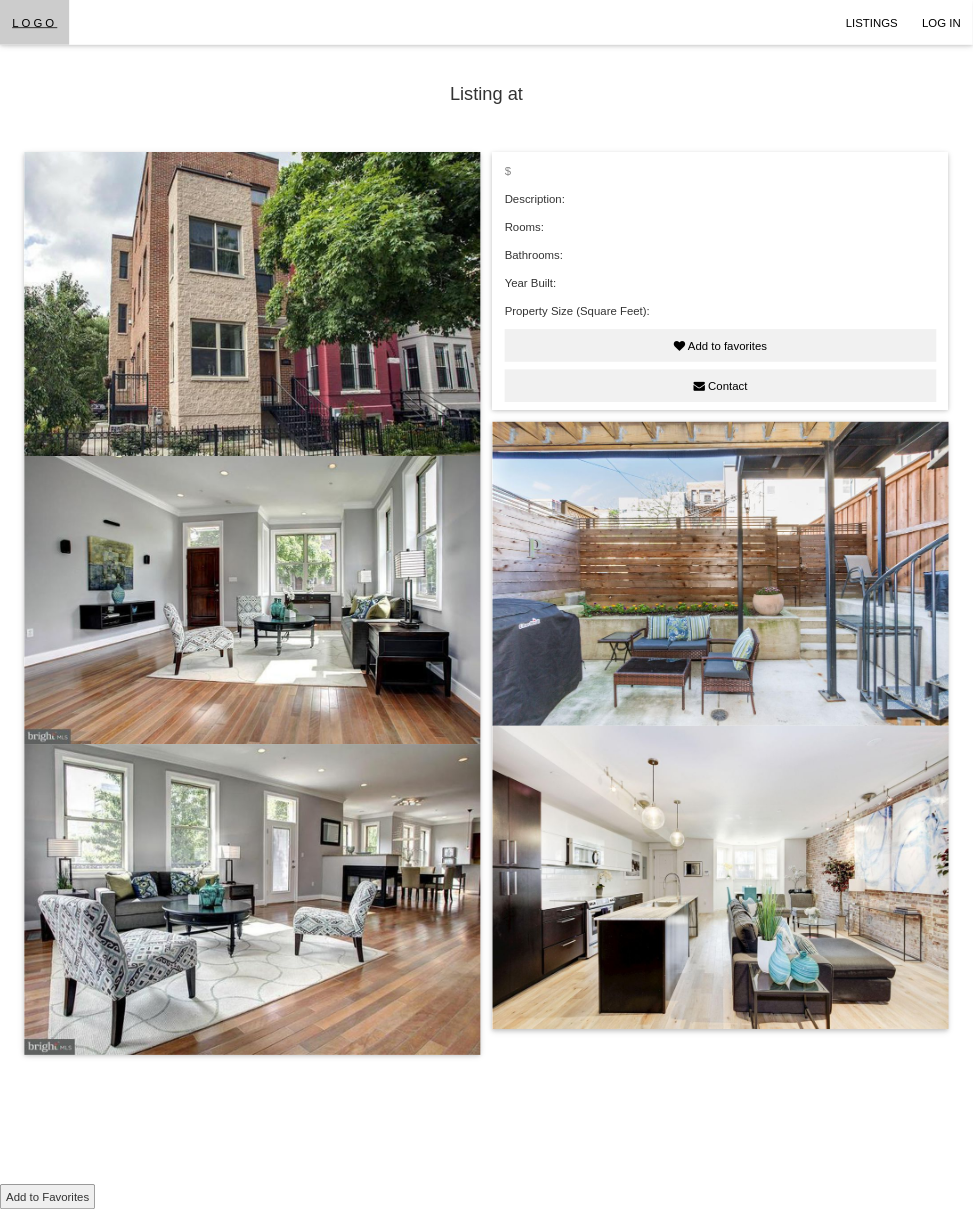
Repository: rickytorrez/test
Page: http://localhost/dcHome/WEB-INF/singleListing.jsp
These files come from the project's save history. The page is drawn as it stood at one moment and after the next save; the edit follows.
The browser window is 1280 px wide. The pictures show the whole page, at 76% of full size.
Some web fonts or font styles are not loaded; a fallback is used. The page is served by Tomcat 9. Nobody is signed in. Other server files are loaded and not shown. The template is opened directly, without the code that normally fills it, so the values that code supplies are empty.

Above is the page before, as saved 2018-06-04 02:47:11.

### dcHome/src/main/webapp/WEB-INF/singleListing.jsp
<%@ page language="java" contentType="text/html; charset=UTF-8"
    pageEncoding="UTF-8"%>
<%@ taglib uri="http://java.sun.com/jsp/jstl/core" prefix="c" %>
<%@ taglib prefix="fmt" uri="http://java.sun.com/jsp/jstl/fmt"%>
<%@ taglib prefix="form" uri="http://www.springframework.org/tags/form"%>
<%@ taglib prefix="spring" uri="http://www.springframework.org/tags" %>

<!DOCTYPE html PUBLIC "-//W3C//DTD HTML 4.01 Transitional//EN" "http://www.w3.org/TR/html4/loose.dtd">
<html>
	<head>
		<meta http-equiv="Content-Type" content="text/html; charset=UTF-8">
		<!-- bootstrap -->
		<link rel="stylesheet" href="https://maxcdn.bootstrapcdn.com/bootstrap/3.3.7/css/bootstrap.min.css">
		<!-- w3 -->
		<link href="<c:url value="/resources/dcHome/css/w3/w3.css" />" rel="stylesheet">
		<!-- font -->
		<link rel="stylesheet" href="https://fonts.googleapis.com/css?family=Raleway">
		<!-- font-awesome -->
		<link href="<c:url value="/resources/dcHome/css/font-awesome/css/font-awesome.min.css" />" rel="stylesheet">
		<!-- main stylesheet -->
		<link href="<c:url value="/resources/dcHome/css/style.css" />" rel="stylesheet">
		<title>Listing for ${listing.address}</title>
	</head>
	<body>

		<!-- Navbar (sit on top) -->
	 	<div class="w3-top">
            	<div class="w3-bar w3-white w3-card" id="myNavbar">
                	<a href="/users/new" class="w3-bar-item w3-button w3-wide">LOGO</a>
                	<!-- Right-sided navbar links -->
                	<div class="w3-right w3-hide-small">
                		<!-- if usre is admin -->
                		<c:if test="${user.isAdmin() == true}">
                    		<a href="/users/dashboard" class="w3-bar-item w3-button"></i> ADMIN</a>
                    	</c:if>
                    	<a href="/listings" onclick="w3_close()" class="w3-bar-item w3-button" ></i>LISTINGS</a>
                    	<!-- if user is realtor show realtor tab -->
                    	<c:if test="${user.isRealtor() == true}">
                    		<a href="/listings/realtor" class="w3-bar-item w3-button"></i> REALTOR</a>
                    	</c:if>
                    	<!-- if there's no user in session, show login -->
                    	<c:if test="${user == null}">
	                    	<!-- Modal link for Log In-Reg -->
	                    	<a href="#" class="w3-bar-item w3-button" data-toggle="modal" data-target="#logInUser" ></i> LOG IN</a>
	              	</c:if>
	              	<!-- if there's a user in session, show logout -->
	              	<c:if test="${user != null}">
	              		<a href="/users/new" class="w3-bar-item w3-button"></i> LOG OUT</a>
	              	</c:if>
                	</div>

                	<!-- Hide right-floated links on small screens and replace them with a menu icon -->
                	<a href="javascript:void(0)" class="w3-bar-item w3-button w3-right w3-hide-large w3-hide-medium" onclick="w3_open()">
                    	<i class="fa fa-bars"></i>
                	</a>
            	</div>
        	</div>

        	<!-- Sidebar on small screens when clicking the menu icon -->
        	<nav class="w3-sidebar w3-bar-block w3-black w3-card w3-animate-left w3-hide-medium w3-hide-large" style="display:none" id="mySidebar">
            	<a href="javascript:void(0)" onclick="w3_close()" class="w3-bar-item w3-button w3-large w3-padding-16">Close ×</a>
            	<a href="#listings" onclick="w3_close()" class="w3-bar-item w3-button">LISTINGS</a>
            	<a href="#contact" onclick="w3_close()" class="w3-bar-item w3-button">CONTACT</a>
        	</nav>

		<!-- Listing Section -->
        	<div class="w3-container" style="padding:100px 16px" id="listings">
            	<h3 class="w3-center">Listing at ${listing.address}</h3>

            	<div class="w3-row-padding " style="margin-top:64px">
                	<div class="w3-col l6 m6 w3-margin-bottom">
                    	<div class="w3-card">
                    		<c:if test="${listing.getPictures().size() > 0 }">
				 			<img src="/images/${listing.getPictures().get(0).image}" alt="${listing.getPictures().get(0)}" style="width:100%">
			 			</c:if>
			 			<c:if test="${listing.getPictures().size() > 0 }">
				 			<img src="/images/${listing.getPictures().get(0).image}" alt="${listing.getPictures().get(0)}" style="width:100%">
			 			</c:if>
			 			<c:if test="${listing.getPictures().size() > 0 }">
				 			<img src="/images/${listing.getPictures().get(0).image}" alt="${listing.getPictures().get(0)}" style="width:100%">
			 			</c:if>
                        	<img class="img-gallery"src="/img/Property_2/propertyone_two_1.jpg" alt="John" style="width:100%">
                        	<img class="img-gallery-1" src="/img/Property_2/propertyone_two_2.jpg" alt="John" style="width:100%">
                        	<img class="img-gallery-2" src="/img/Property_2/propertyone_two_3.jpg" alt="John" style="width:100%">
                    	</div>
                	</div>

                	<div class="w3-col l6 m6 w3-margin-bottom">
                    	<div class="w3-card">
                        	<div class="w3-container">
                            	<h3>${listing.type}</h3>
                            	<p class="w3-opacity">$${listing.cost}</p>

                            	<p><span>Description:</span> ${listing.description}</p>
                            	<p><span>Rooms:</span> ${listing.numberofrooms}</p>
                            	<p><span>Bathrooms:</span> ${listing.numberofbathrooms}</p>
                            	<p><span>Year Built:</span> ${listing.yearbuilt}</p>
                            	<p><span>Property Size (Square Feet):</span> ${listing.size}</p>
                            	<p><button class="w3-button w3-light-grey w3-block">
                                    	<i class="fa fa-heart"></i> Add to favorites</button></p>
                                	<button class="w3-button w3-light-grey w3-block">
                                   	<i class="fa fa-envelope"></i> Contact</button>
                            	</p>
                        	</div>
                    	</div>
                	</div>

                <div class="w3-col l6 m6 w3-margin-bottom">
                    <div class="w3-card">
                            <img class="img-gallery" src="/img/Property_1/propertyone_one_4.jpg" alt="John" style="width:100%">
                            <img class="img-gallery-1" src="/img/Property_1/propertyone_one_5.jpg" alt="John" style="width:100%">

                    </div>
                </div>
		</div>
	</div>















		<br><br>

		<form action="/listings/${listing.id}/add" method="post">
			<input type="submit" value="Add to Favorites" />
		</form>



		<c:forEach items="${listing.pictures }" var="picture">
			<div><img src="/images/${picture.image }" alt="${picture.image }"/></div>
		</c:forEach>

	</body>
</html>

### dcHome/src/main/webapp/resources/dcHome/css/style.css
body,
h1,
h2,
h3,
h4,
h5,
h6 {
	font-family: "Raleway", sans-serif
}

body, html {
    height: 100%;
    line-height: 1.8;
}
/* Full height image header */
.bgimg-1 {
    background-position: center;
    background-size: cover;
    background-image: url("../img/dcHomeBG.jpg");
    min-height: 100%;
}
.w3-bar .w3-button {
    padding: 16px;
}

Loaded but not shown: dcHome/src/main/webapp/resources/dcHome/css/w3/w3.css (library); dcHome/src/main/webapp/resources/dcHome/css/font-awesome/css/font-awesome.min.css (library)

After the next save:
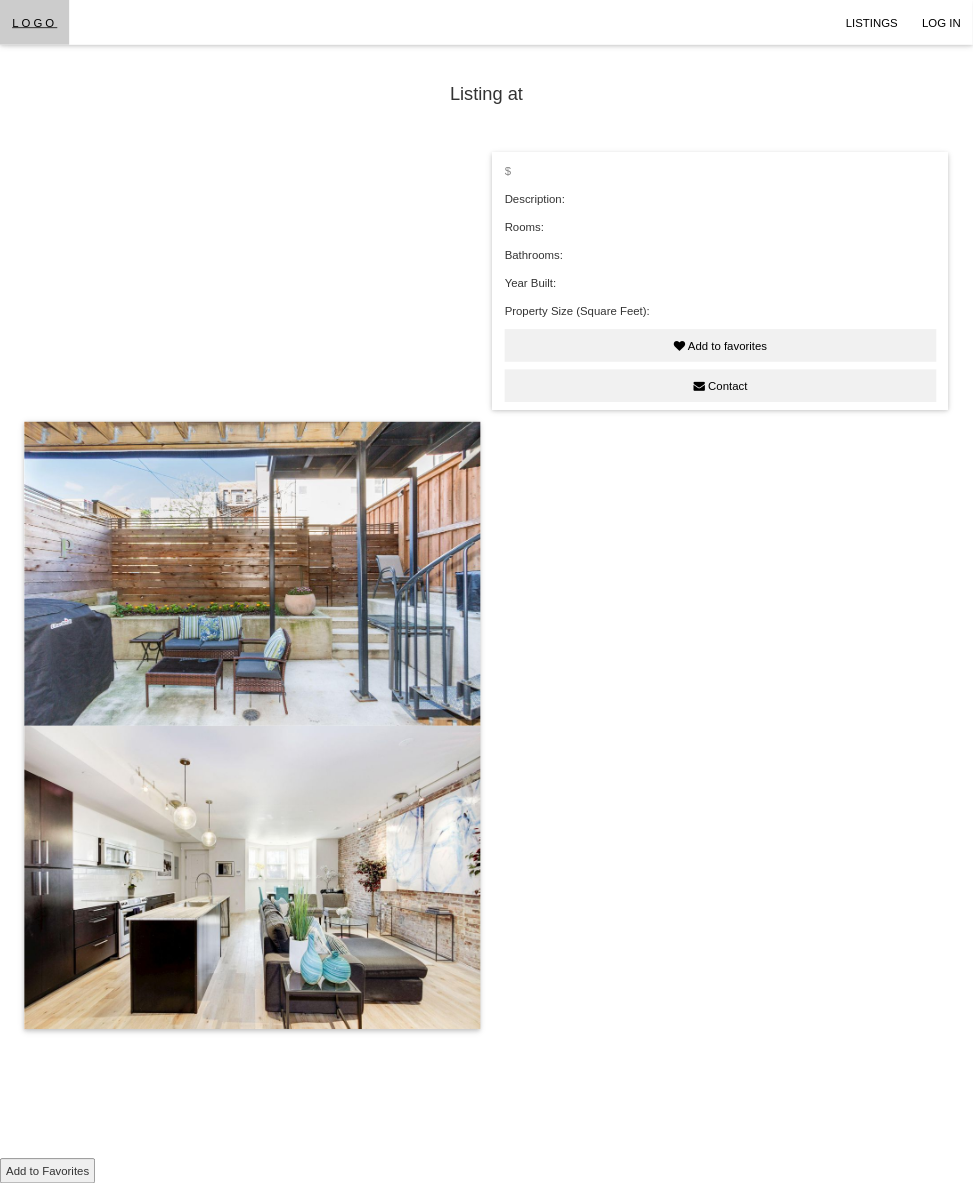
Saved 33 s later.
--- a/dcHome/src/main/webapp/WEB-INF/singleListing.jsp
+++ b/dcHome/src/main/webapp/WEB-INF/singleListing.jsp
@@ -79,9 +79,6 @@
 			 			<c:if test="${listing.getPictures().size() > 0 }">
 				 			<img src="/images/${listing.getPictures().get(0).image}" alt="${listing.getPictures().get(0)}" style="width:100%">
 			 			</c:if>
-                        	<img class="img-gallery"src="/img/Property_2/propertyone_two_1.jpg" alt="John" style="width:100%">
-                        	<img class="img-gallery-1" src="/img/Property_2/propertyone_two_2.jpg" alt="John" style="width:100%">
-                        	<img class="img-gallery-2" src="/img/Property_2/propertyone_two_3.jpg" alt="John" style="width:100%">
                     	</div>
                 	</div>
 
